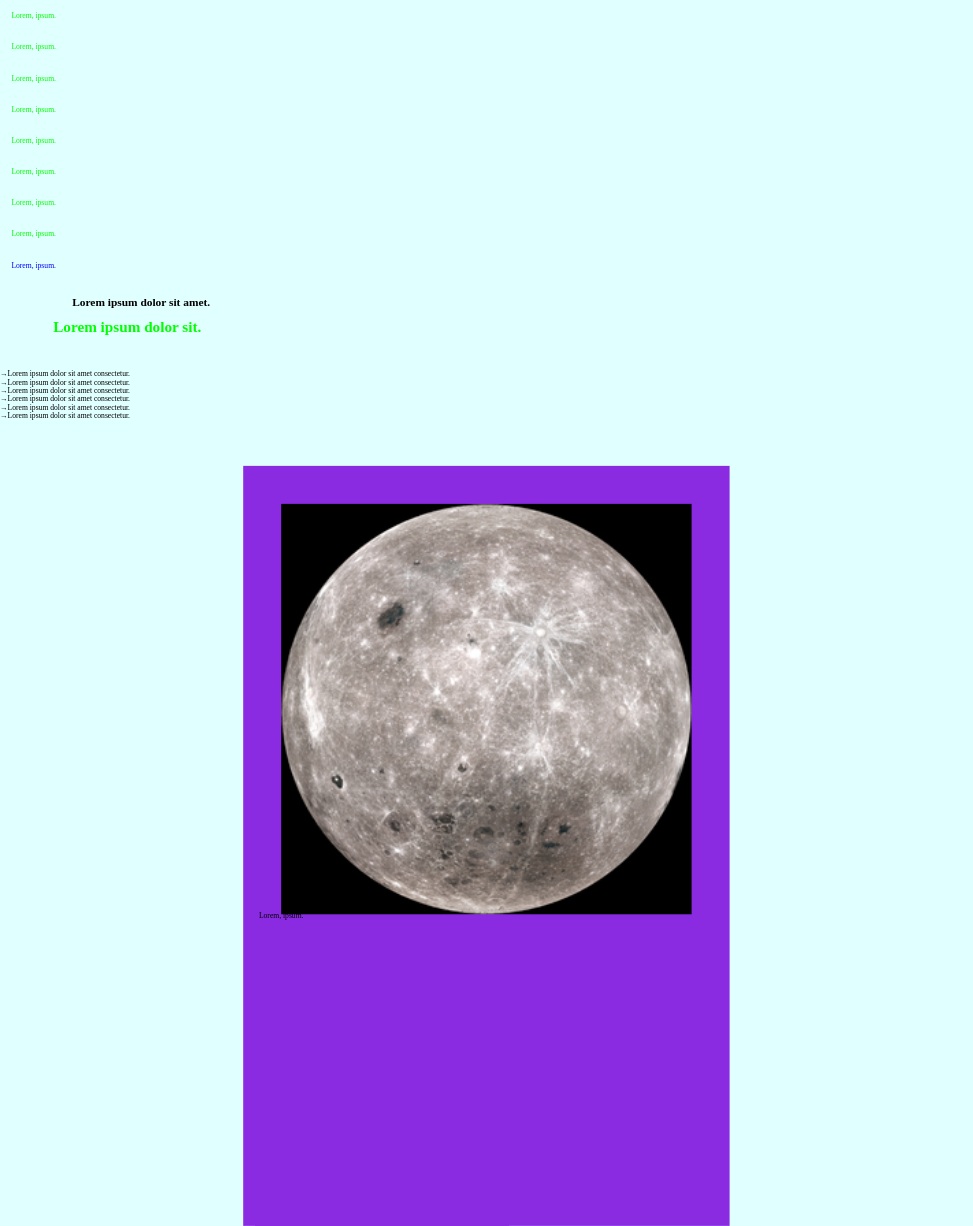
Repository: aSSasdy/assasdy.github.io
Page: index.html
The author's editor kept a copy of each file at every save. The page is drawn from the files as they stood at one save, then again after the next save.
The browser window is 1280 px wide. The pictures show the whole page, at 76% of full size.

Above is the page before, as saved 2021-11-22 18:08:05.

### index.html
<!DOCTYPE html>
<html lang="en">
<head>
    <meta charset="UTF-8">
    <meta http-equiv="X-UA-Compatible" content="IE=edge">
    <meta name="viewport" content="width=device-width, initial-scale=1.0">
    <title>Document</title>
    <link rel="stylesheet" href="css/reset.css">
    <link rel="stylesheet" href="css/style.css">
    <style>
        body {
            background-color: lightgreen;
        }
    </style>
</head>
<body style="background-color: lightcyan">
    <p>Lorem, ipsum.</p>
    <p>Lorem, ipsum.</p>
    <p>Lorem, ipsum.</p>
    <p>Lorem, ipsum.</p>
    <p>Lorem, ipsum.</p>
    <p>Lorem, ipsum.</p>
    <p>Lorem, ipsum.</p>
    <p>Lorem, ipsum.</p>
    <p id="para1">Lorem, ipsum.</p>
    <h1>Lorem ipsum dolor sit.</h1>
    <h2>Lorem ipsum dolor sit amet.</h2>
    <ul class="list">
        <li>Lorem ipsum dolor sit amet consectetur.</li>
        <li>Lorem ipsum dolor sit amet consectetur.</li>
        <li>Lorem ipsum dolor sit amet consectetur.</li>
        <li>Lorem ipsum dolor sit amet consectetur.</li>
        <li>Lorem ipsum dolor sit amet consectetur.</li>
        <li>Lorem ipsum dolor sit amet consectetur.</li>
    </ul>
    <br>
    <div class="block-1">
        <img src="img/Moon_farside_LRO_color_mosaic.png" style="width: 100%;">
        <div class="centered">Lorem, ipsum.</div>
    </div>
</body>
</html>

### css/reset.css
*, :before, :after{
	margin:0;
	padding:0;
	-webkit-box-sizing: border-box;
	-moz-box-sizing: border-box;
	box-sizing: border-box;
}
ol, ul {list-style: none;}
:focus {	outline: 0;}
::-webkit-input-placeholder{text-indent: 0px;   transition: text-indent 0.3s ease;font-family: inherit; color: #737B7D}
::-moz-placeholder{opacity: 1; transition: opacity 0.3s ease;font-family: inherit; color: #737B7D}
:-moz-placeholder{opacity: 1; transition: opacity 0.3s ease;font-family: inherit; color: #737B7D}
:-ms-input-placeholder{ text-indent: 0px;   transition: text-indent 0.3s ease;font-family: inherit; color: #737B7D}
:focus::-webkit-input-placeholder{ text-indent: -500px; transition: text-indent 0.3s ease;}
:focus::-moz-placeholder{opacity: 0; transition: opacity 0.3s ease;}
:focus:-moz-placeholder{opacity: 0; transition: opacity 0.3s ease;}
:focus:-ms-input-placeholder{ text-indent: -500px;   transition: text-indent 0.3s ease;}
table {
	border-collapse: collapse;
	border-spacing: 0;
}
label, input:not([type="checkbox"]),
input:not([type="radio"]) , button{
	-webkit-appearance:none;
	font-family: inherit;
}
label, input[type="submit"], button{cursor:pointer;}
img{border: none;}
html, body{
    height: 100%;
}
html{font-size: 62.5%;}
button:focus{outline: none!important}
input::-webkit-outer-spin-button,
input::-webkit-inner-spin-button {
    -webkit-appearance: none;
    margin: 0;
}
input:hover::-webkit-outer-spin-button,
input:hover::-webkit-inner-spin-button {
    display: none;
    -webkit-appearance: none;
    margin: 0;
}

### css/style.css
body{
    background-color: lightsalmon;
}
p{
    color: red;
    padding: 15px;
}
#para1{
    color:blue;
}
p,
h1{
    color:lime;
}
.list li:before{
    content: "→";
}
h2{
    margin: 25px;
    padding-top: 25px;
    padding-bottom: 25px;
    padding-right: 50px;
    padding-left: 50px;
    position: relative;
    left: 20px;
    bottom: 30px;
}
h1{
    margin-left: 20px;
    margin-bottom: 50px;
    margin-top: 50px;
    position: absolute;
    left: 50px;
    right: 50px;
}
.block-1{
    width: 50%;
    height: 1000px;
    background: blueviolet;
    margin-left: auto;
    margin-right: auto;
    margin-top: 50px;
    margin-bottom: 50px;
    padding: 50px;
    position: relative;
    text-align: center;
}
.centered{
    position-absolute;
    top: 50%;
    left: 50%;
    transform: translate(-50%, -50%);
}

After the next save:
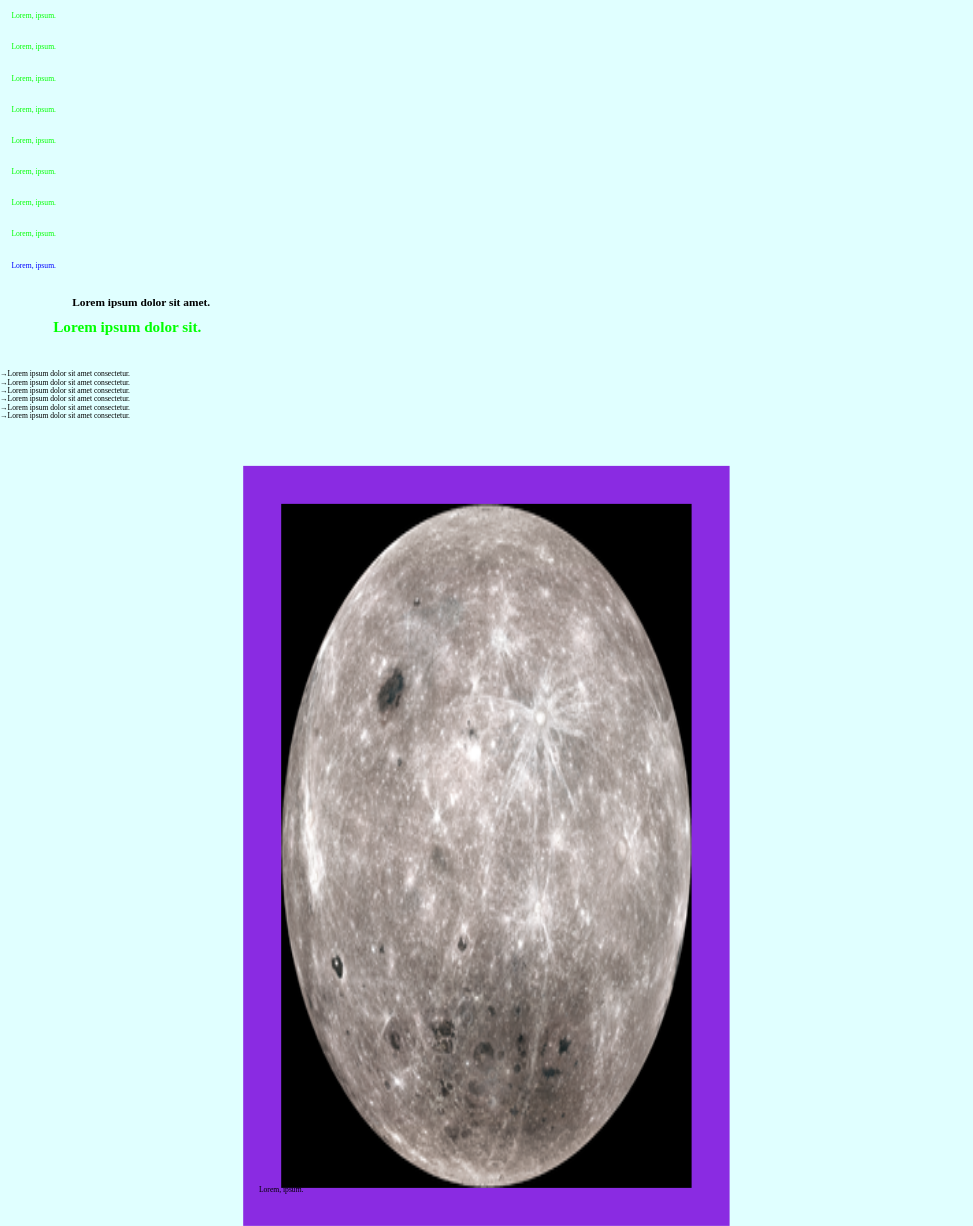
Saved 15 s later.
--- a/index.html
+++ b/index.html
@@ -35,7 +35,7 @@
     </ul>
     <br>
     <div class="block-1">
-        <img src="img/Moon_farside_LRO_color_mosaic.png" style="width: 100%;">
+        <img src="img/Moon_farside_LRO_color_mosaic.png" style="width: 100%; height: 100%;">
         <div class="centered">Lorem, ipsum.</div>
     </div>
 </body>
